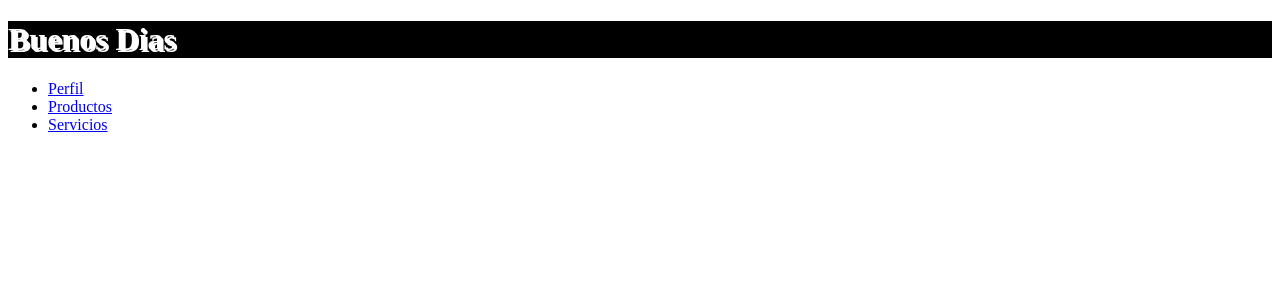
Repository: Alemartinez97/New-Repository
Page: programacion-3/tp3/index.html
An editor plug-in stored every save of this project. The page is shown before and after the next save, followed by the edit.
The browser window is 1280 px wide. The pictures show the whole page.

Above is the page before, as saved 2020-06-04 19:01:00.

### programacion-3/tp3/index.html
<!DOCTYPE html>
<html lang="en">
<head>
    <meta charset="UTF-8">
    <meta name="viewport" content="width=device-width, initial-scale=1.0">
    <title>Bienvenido</title>
    <style media="screen">
        .h1 {
          background-color: black;
          color: white;
          text-shadow: 2px 2px;
        }
      </style>
</head>
<body>
  <h1 class="h1">Buenos Dias</h1>
  <ul>
    <li><a href="perfil.html" >Perfil</a></li>
    <li><a href="producto.html" >Productos</a></li>
    <li><a href="servicio.html">Servicios</a></li>
    </ul>
</body>
</html>

After the next save:
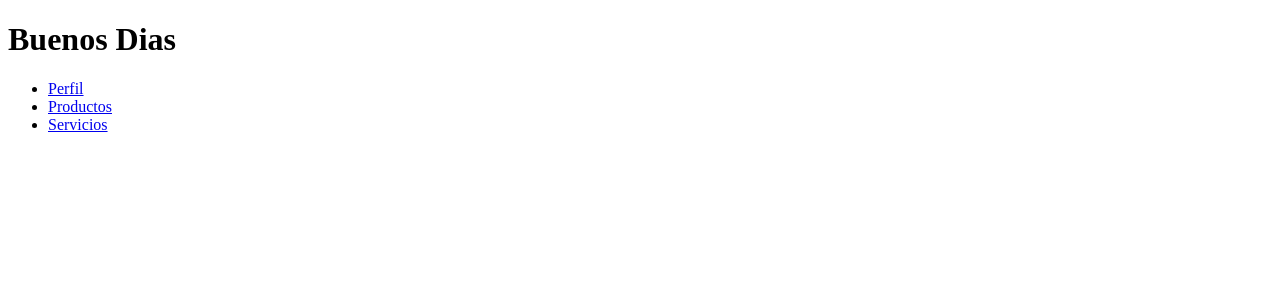
Saved 54 s later.
--- a/programacion-3/tp3/index.html
+++ b/programacion-3/tp3/index.html
@@ -4,17 +4,10 @@
     <meta charset="UTF-8">
     <meta name="viewport" content="width=device-width, initial-scale=1.0">
     <title>Bienvenido</title>
-    <style media="screen">
-        .h1 {
-          background-color: black;
-          color: white;
-          text-shadow: 2px 2px;
-        }
-      </style>
 </head>
 <body>
   <h1 class="h1">Buenos Dias</h1>
-  <ul>
+  <ul id=”button”>
     <li><a href="perfil.html" >Perfil</a></li>
     <li><a href="producto.html" >Productos</a></li>
     <li><a href="servicio.html">Servicios</a></li>
